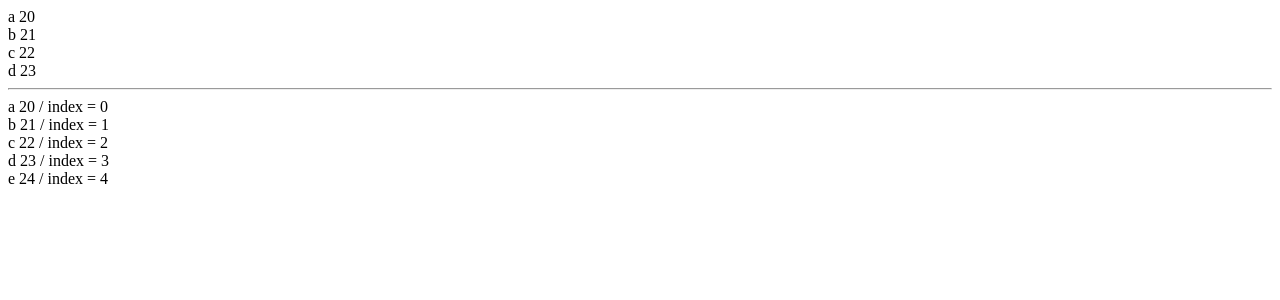
Repository: RyuGeunHwan/code_J
Page: Vuejs/22-08-10 vuejs v-for.html
An editor plug-in stored every save of this project. The page is shown before and after the next save, followed by the edit.
The browser window is 1280 px wide. The pictures show the whole page.

Above is the page before, as saved 2022-08-10 10:09:35.

### Vuejs/22-08-10 vuejs v-for.html
<!DOCTYPE html>
<html lang="en">
<head>
    <meta charset="UTF-8">
    <meta http-equiv="X-UA-Compatible" content="IE=edge">
    <meta name="viewport" content="width=device-width, initial-scale=1.0">
    <title>v-for(vuejs 반복문)</title>
    <script src="https://cdn.jsdelivr.net/npm/vue/dist/vue.js"></script>
</head>
<body>
    <div id="app">
        <div>
            {{people[0].name}} {{people[0].age}}
        </div>
        <div>
            {{people[1].name}} {{people[1].age}}
        </div>
        <div>
            {{people[2].name}} {{people[2].age}}
        </div>
        <div>
            {{people[3].name}} {{people[3].age}}
        </div>

        <hr>

        <div v-for="(person, index) in people">
            {{person.name}} {{person.age}} / index = {{index}}
        </div>
    </div>
    <script>
        new Vue({
            el: '#app',
            data:{
              people: [
                {name : 'a', age: '20'},
                {name : 'b', age: '21'},
                {name : 'c', age: '22'},
                {name : 'd', age: '23'},
                {name : 'e', age: '24'},
              ]
            },
            methods:{

            }
        })
    </script>
</body>
</html>

After the next save:
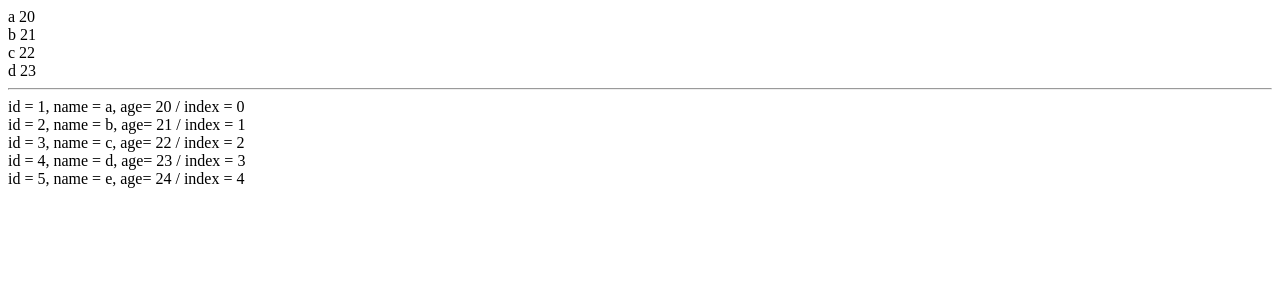
Saved 7 min 1 s later.
--- a/Vuejs/22-08-10 vuejs v-for.html
+++ b/Vuejs/22-08-10 vuejs v-for.html
@@ -24,8 +24,9 @@
 
         <hr>
 
-        <div v-for="(person, index) in people">
-            {{person.name}} {{person.age}} / index = {{index}}
+
+        <div v-for="(person, index) in people" :key="person.id"><!-- key : 고유한 값이어야 한다 -->
+            id = {{person.id}}, name = {{person.name}}, age= {{person.age}} / index = {{index}}
         </div>
     </div>
     <script>
@@ -33,11 +34,11 @@
             el: '#app',
             data:{
               people: [
-                {name : 'a', age: '20'},
-                {name : 'b', age: '21'},
-                {name : 'c', age: '22'},
-                {name : 'd', age: '23'},
-                {name : 'e', age: '24'},
+                {id: 1, name : 'a', age: '20'},
+                {id: 2, name : 'b', age: '21'},
+                {id: 3, name : 'c', age: '22'},
+                {id: 4, name : 'd', age: '23'},
+                {id: 5, name : 'e', age: '24'},
               ]
             },
             methods:{
